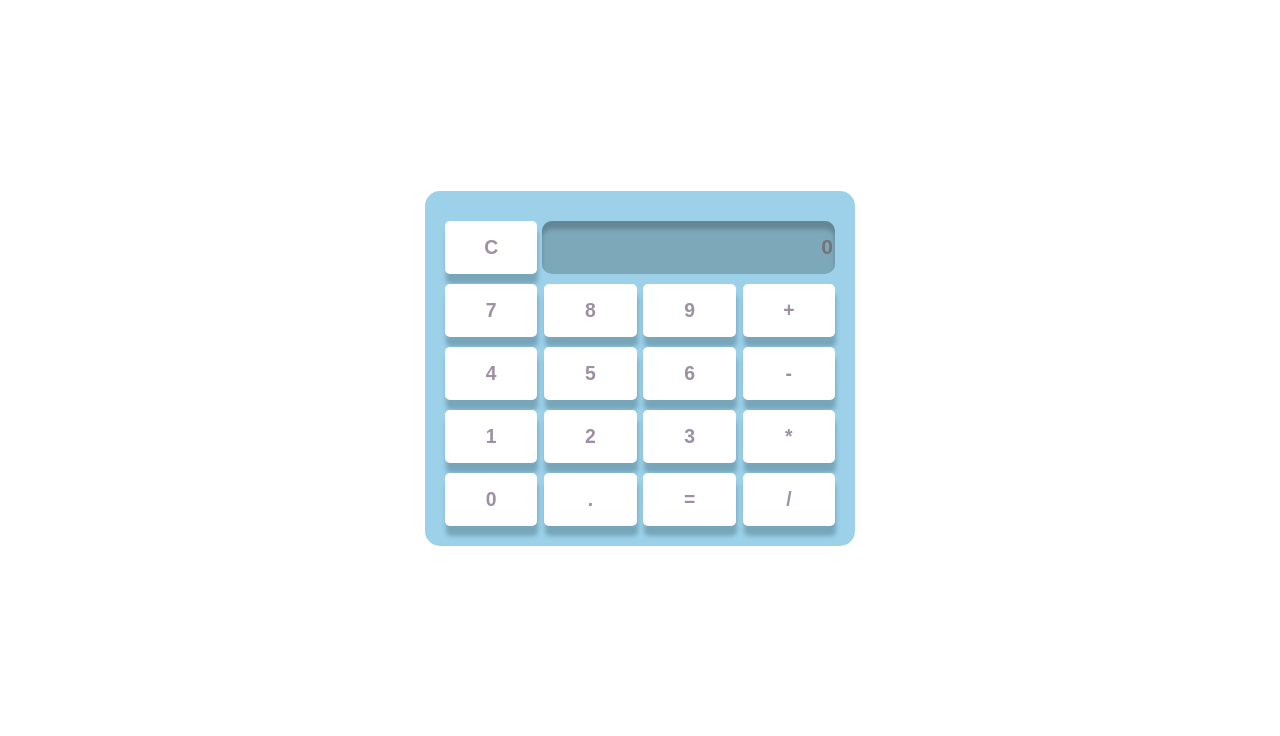
Repository: sem1103/calculator
Page: index.html
An editor plug-in stored every save of this project. The page is shown before and after the next save, followed by the edit.
The browser window is 1280 px wide. The pictures show the whole page.

Above is the page before, as saved 2023-11-02 11:46:13.

### index.html
<!DOCTYPE html>
<html lang="en">

<head>
    <meta charset="UTF-8">
    <meta name="viewport" content="width=device-width, initial-scale=1.0">
    <title>Calc</title>
    <style>
        * {
            box-sizing: border-box;
            font: bold 1.1rem arial;
        }

        .calc__container {
            display: flex;
            justify-content: center;
            height: 100vh;
            align-items: center;
        }

        .calc__wrapper {
            max-width: 900px;
            background-color: #9cd1e9;
            padding: 20px;
            border-radius: 15px;
        }

        .calc__display {
            box-shadow: inset 0px 8px 4px 0px #658695;
            background-color: #7da8ba;
            flex: 1;
            border-radius: 10px;
            border: 0;
            outline: 0;
            text-align: right;
            font-size: 1.2rem;
            color: #fff;
        }

        .calc__main,
        .calc__header {
            display: flex;
            flex-direction: row;
            flex-wrap: wrap;
            justify-content: space-between;
            row-gap: 10px;
            column-gap: 5px;

        }

        .calc__header {
            margin: 10px 0;
        }

        button {
            padding: 15px 5px;
            text-align: center;
            background-color: #fff;
            box-shadow: 1px 10px 4px #77a6bb;
            flex-basis: calc(25% - 5px);
            border: 0;
            border-radius: 5px;
            cursor: pointer;
            color: #9d8fa4;
            transition: all .1s ease-in-out;
        }

        button:active {
            box-shadow: 1px 0 4px #77a6bb;
            transform: translate(0, 3px);
        }

        button:hover {
            background-color: #d1d1d1;
        }

        .active{
            box-shadow: 1px 0 4px #77a6bb;
            transform: translate(0, 3px);
            background-color: #d1d1d1;
        }
    </style>
</head>

<body>
    <div class="calc__container">
        <div class="calc__wrapper">
            <div class="calc__header">
                <button onclick="clearDisplay()">C</button>
                <input id="display" class="calc__display" type="text" placeholder="0" oninput="setValueHandle(this)">

                </input>
            </div>
            <div class="calc__main">
                <button onkeydown="test(this)" onclick="setValueHandle(this)">7</button>
                <button onclick="setValueHandle(this)">8</button>
                <button onclick="setValueHandle(this)">9</button>
                <button onclick="setValueHandle(this)">+</button>
                <button onclick="setValueHandle(this)">4</button>
                <button onclick="setValueHandle(this)">5</button>
                <button onclick="setValueHandle(this)">6</button>
                <button onclick="setValueHandle(this)">-</button>
                <button onclick="setValueHandle(this)">1</button>
                <button onclick="setValueHandle(this)">2</button>
                <button onclick="setValueHandle(this)">3</button>
                <button onclick="setValueHandle(this)">*</button>
                <button onclick="setValueHandle(this)">0</button>
                <button onclick="setValueHandle(this)">.</button>
                <button onclick="calcSumm()">=</button>
                <button onclick="setValueHandle(this)">/</button>
            </div>
        </div>
    </div>


    <script>
        let calcDisplay = document.getElementById('display');
        let buttons = document.querySelectorAll('button');

        function setValueHandle(e) {

            if (/[a-zA-Zа-яА-ЯёЁ]/.test(calcDisplay.value)) {
                console.log(1);
                calcDisplay.value = e.value;
                return;
            }else if(/\b0+\d+/.test(calcDisplay.value) || /^[+\*/]/.test(calcDisplay.value)){
                calcDisplay.value = 'Ошибка!';
                return;
            }
            calcDisplay.value += e.innerHTML;

        }

        function clearDisplay() {
            calcDisplay.value = '';
        }

        function calcSumm() {
            let value = calcDisplay.value;


            value = value.replace(/\s/g, '');
            let operators = value.split('').filter(item => {
                if (item == '+' || item == '-' || item == '*' || item == '/') return item;
            })
            let numbers = value.split(/[+\-*/]/)
            let result = +numbers[0];

            console.log(operators);
            console.log(numbers);
            if (numbers[numbers.length - 1] == '') {
                calcDisplay.value = 'Ошибка!';
                return;
            }else if(/[\+\-\*\/]{2,}/.test(calcDisplay.value) ){
                calcDisplay.value = 'Две математических операции!';
                return;
            }



            operators.forEach((item, index) => {
                if (item == '+') {
                    result += +numbers[index + 1]
                } else if (item == '-') {
                    result -= numbers[index + 1]
                } else if (item == '/') {
                    if (+numbers[index + 1] === 0) {
                        calcDisplay.value = 'На ноль делить нельзя!!';
                        throw new Error('infiniti');
                    } else result /= numbers[index + 1];

                } else result *= numbers[index + 1]
            });
            calcDisplay.value = result;

        }


        document.body.addEventListener('keydown', (e) =>{
            if(e.key >=0 && e.key <= 9 || ['+','-','*','/','.'].includes(e.key)){
                buttons.forEach(item => {
                    if(item.innerHTML == e.key){
                        setValueHandle(item);
                        item.classList.add('active');
                        item.addEventListener('transitionend', () =>{
                        item.classList.remove('active')
                        })
                    }
                })
            }
        });
    </script>
</body>

</html>

After the next save:
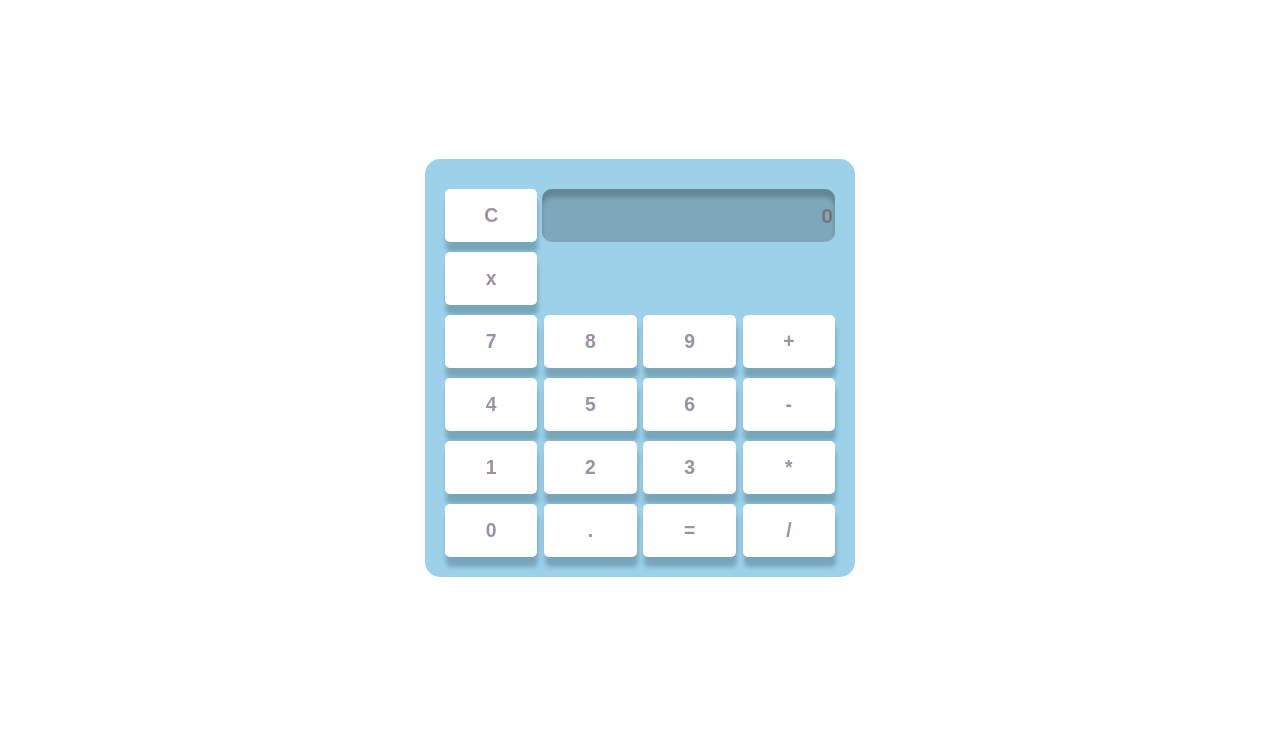
Saved 2 min 35 s later.
--- a/index.html
+++ b/index.html
@@ -90,6 +90,7 @@
                 <input id="display" class="calc__display" type="text" placeholder="0" oninput="setValueHandle(this)">
 
                 </input>
+                 <button onclick="clearDisplay()">x</button>
             </div>
             <div class="calc__main">
                 <button onkeydown="test(this)" onclick="setValueHandle(this)">7</button>
@@ -143,7 +144,7 @@
             let operators = value.split('').filter(item => {
                 if (item == '+' || item == '-' || item == '*' || item == '/') return item;
             })
-            let numbers = value.split(/[+\-*/]/)
+            let numbers = value.split(/[+\-*/]/);
             let result = +numbers[0];
 
             console.log(operators);
